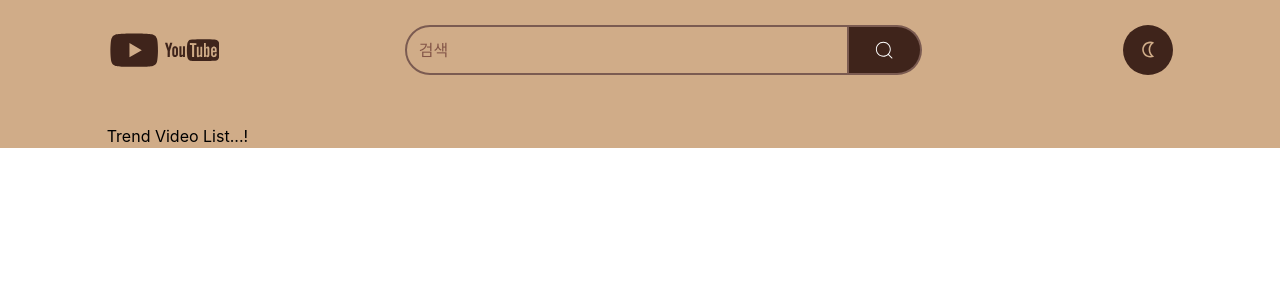
Repository: dnjfht/self-youtube2
Page: /
These files come from the project's save history. The page is drawn as it stood at one moment and after the next save; the edit follows.
The browser window is 1280 px wide. The pictures show the whole page.
The project was rebuilt for these pictures with package versions that can differ from the ones it lists, and the page was loaded fresh each time. Also part of the build but not shown: src/pages/NotFoundPage.jsx, src/pages/Detail.jsx.

Above is the page before, as saved 2023-06-28 11:59:58.

### src/App.js
import { RouterProvider, createBrowserRouter } from "react-router-dom";
import Root from "./pages/Root";
import Videos from "./pages/Videos";
import NotFoundPage from "./pages/NotFoundPage";
import Detail from "./pages/Detail";

function App() {
  const router = createBrowserRouter([
    {
      path: "/",
      element: <Root />,
      children: [
        { index: true, element: <Videos /> },
        { path: "/videos", element: <Videos /> },
        { path: "/videos/:keyword", element: <Videos /> },
        { path: "/videos/watch/:videoId", element: <Detail /> },
        { path: "*", element: <NotFoundPage /> },
      ],
    },
  ]);
  return <RouterProvider router={router} />;
}

export default App;

### src/pages/Root.jsx
import React from "react";
import Navbar from "../components/Navbar";
import { Outlet } from "react-router-dom";
import { DarkModeProvider } from "../context/DarkModeContext";

export default function Root() {
  return (
    <DarkModeProvider>
      <div>
        <Navbar />
        <Outlet />
      </div>
    </DarkModeProvider>
  );
}

### src/pages/Videos.jsx
import React, { useContext } from "react";
import { DarkModeContext } from "../context/DarkModeContext";
import { useParams } from "react-router-dom";

export default function Videos() {
  const { darkMode } = useContext(DarkModeContext);
  const { keyword } = useParams();

  return (
    <div className={`${darkMode ? "bg-[#1f1e1e]" : "bg-[#d0ac88]"} w-full`}>
      <div className="w-10/12 mx-auto pt-6">
        {`${keyword ? keyword : "Trend "} Video List...!`}
      </div>
    </div>
  );
}

### src/components/Navbar.jsx
import React, { useContext, useEffect, useState } from "react";
import { useNavigate, useParams } from "react-router-dom";

import { AiFillYoutube } from "react-icons/ai";
import { ImYoutube2 } from "react-icons/im";
import { MdOutlineLightMode, MdOutlineNightlight } from "react-icons/md";
import { CiSearch } from "react-icons/ci";
import { DarkModeContext } from "../context/DarkModeContext";

export default function Navbar() {
  const [text, setText] = useState("");

  const navigate = useNavigate();
  const { keyword } = useParams();
  console.log(keyword);
  const { darkMode, toggleDarkMode } = useContext(DarkModeContext);

  const handleTextChange = (e) => {
    setText(e.target.value);
  };

  const handleSearchKeyword = (e) => {
    e.preventDefault();

    navigate(`/videos/${text}`);
  };

  useEffect(() => {
    if (keyword) {
      setText(keyword);
    } else if (keyword === undefined) {
      setText("");
    }
  }, [keyword]);

  return (
    <div
      className={`${
        darkMode ? "bg-[#1f1e1e]" : "bg-[#d0ac88]"
      } w-full h-[100px]`}
    >
      <div className="w-10/12 h-[100%] mx-auto flex items-center justify-between">
        {/*youtube logo*/}
        <button
          className={`${
            darkMode ? "text-[white]" : "text-[#3f241b]"
          } text-[3.4rem] flex items-center`}
          onClick={() => {
            navigate("/");
          }}
        >
          <div className={`${darkMode ? "text-[#b92525]" : ""} mr-1`}>
            <AiFillYoutube />
          </div>
          <div>
            <ImYoutube2 />
          </div>
        </button>

        {/* 검색창 input */}
        <form
          className="w-6/12 h-full flex items-center"
          onSubmit={handleSearchKeyword}
        >
          <input
            className={`${
              darkMode
                ? "border-[white] placeholder:text-[#fbf9f8ae] text-[#ffffff]"
                : "border-[#7b5b51] placeholder:text-[#845648] text-[#41261e]"
            } w-10/12 h-[50px] p-3 box-border rounded-l-full bg-transparent border-[2px] border-solid outline-none`}
            type="text"
            value={text}
            onChange={handleTextChange}
            placeholder="검색"
          />
          <button
            type="submit"
            className={`${
              darkMode
                ? "border-[white] bg-[white] text-[#1f1e1e]"
                : "border-[#7b5b51] bg-[#3f241b] text-white"
            } h-[50px] py-3 px-6 rounded-r-full border-r-[2px] border-y-[2px] border-solid text-[1.4rem] flex items-center justify-center`}
          >
            <CiSearch />
          </button>
        </form>

        {/* darkMode button */}
        <button
          className={`${
            darkMode
              ? "bg-[#ffffff] text-[#1f1e1e]"
              : "bg-[#3f241b] text-[#d0ac88]"
          } w-[50px] h-[50px] rounded-full text-[1.2rem] flex justify-center items-center`}
          onClick={toggleDarkMode}
        >
          {darkMode && <MdOutlineLightMode />}
          {!darkMode && <MdOutlineNightlight />}
        </button>
      </div>
    </div>
  );
}

### src/context/DarkModeContext.jsx
import { createContext, useState } from "react";

export const DarkModeContext = createContext();

export function DarkModeProvider({ children }) {
  const [darkMode, setDarkMode] = useState(false);

  const toggleDarkMode = () => {
    setDarkMode((prev) => !prev);
  };

  return (
    <DarkModeContext.Provider value={{ darkMode, toggleDarkMode }}>
      {children}
    </DarkModeContext.Provider>
  );
}

Loaded but not shown: public/index.html (common file); src/index.js (common file); src/index.css (common file); src/reportWebVitals.js (common file); tailwind.config.js (common file)

After the next save:
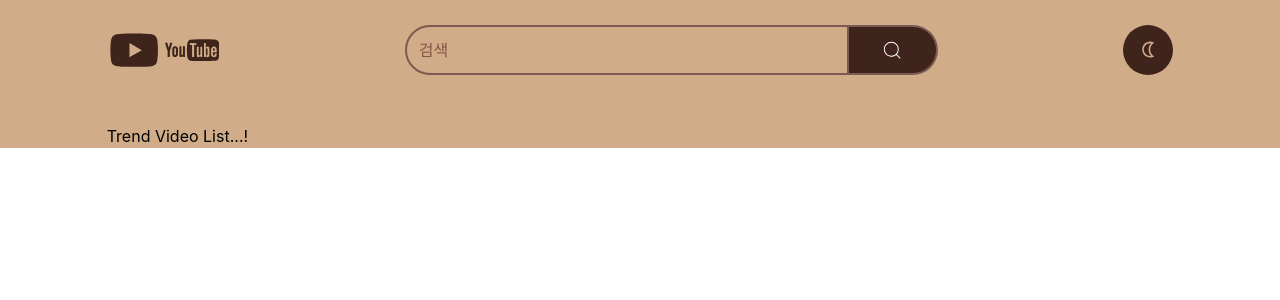
Saved 13 s later.
--- a/src/components/Navbar.jsx
+++ b/src/components/Navbar.jsx
@@ -79,7 +79,7 @@
               darkMode
                 ? "border-[white] bg-[white] text-[#1f1e1e]"
                 : "border-[#7b5b51] bg-[#3f241b] text-white"
-            } h-[50px] py-3 px-6 rounded-r-full border-r-[2px] border-y-[2px] border-solid text-[1.4rem] flex items-center justify-center`}
+            } w-2/12 h-[50px] py-3 rounded-r-full border-r-[2px] border-y-[2px] border-solid text-[1.4rem] flex items-center justify-center`}
           >
             <CiSearch />
           </button>
